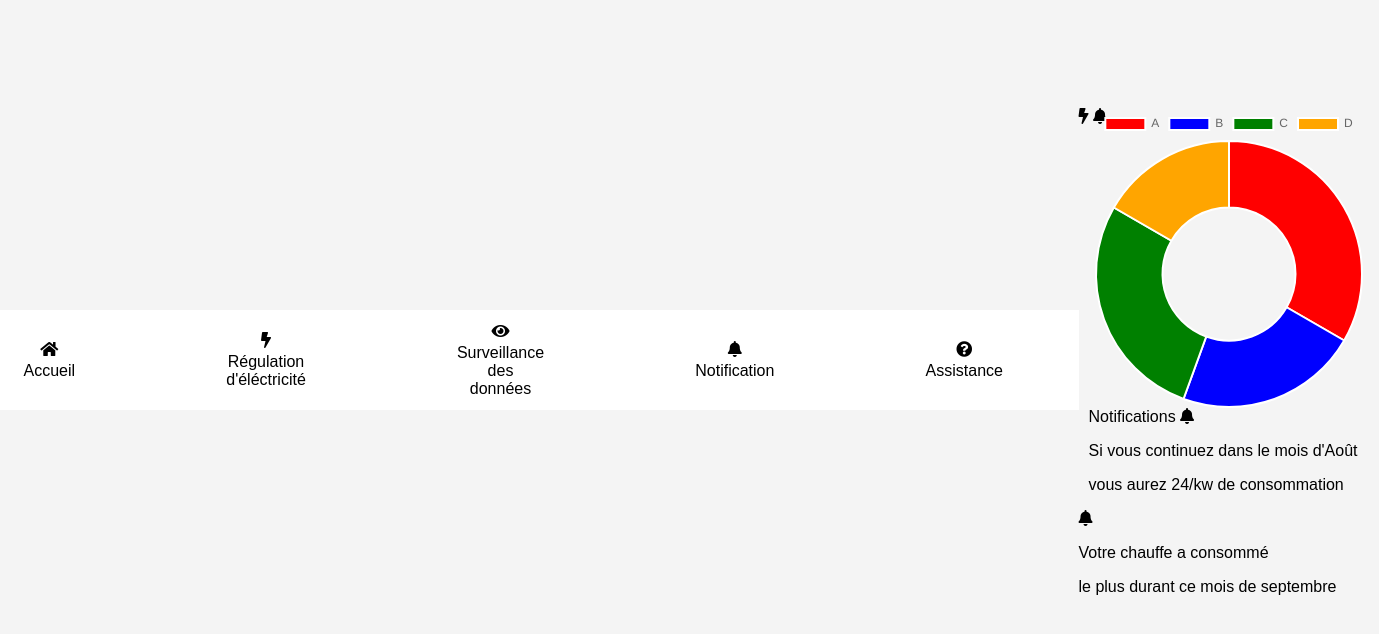
Repository: hamdia200/OSC-Ecowiz
Page: http://localhost/accueil
These files come from the project's save history. The page is drawn as it stood at one moment and after the next save; the edit follows.
The browser window is 1280 px wide. The page is 1379 px wide, so the pictures cover 1379 px, including what lies to the right of the window. The pictures show the whole page.
The page is served by the project's Laravel application, run on PHP 8.4 with Laravel 10. Other server files are loaded and not shown.

Above is the page before, as saved 2023-08-18 13:48:13.

### routes/web.php
<?php

use Illuminate\Support\Facades\Route;

/*
|--------------------------------------------------------------------------
| Web Routes
|--------------------------------------------------------------------------
|
| Here is where you can register web routes for your application. These
| routes are loaded by the RouteServiceProvider and all of them will
| be assigned to the "web" middleware group. Make something great!
|
*/

Route::get('/', function () {
    return view('welcome');
});

Route::get('/centrale', function () {
    return view('centrale');
});
Route::get('/accueil', function () {
    return view('accueil');
});
Route::get('/inscription', function () {
    return view('inscription');
});
Route::get('/login', function () {
    return view('login');
});
Route::get('/regulation', function () {
    return view('regulation');
});

### resources/views/accueil.blade.php
@extends ("menu")
@section('content')
<div class="container">
<meta charset="UTF-8">
    <meta name="viewport" content="width=device-width, initial-scale=1.0">
    <link rel="stylesheet" href="https://cdnjs.cloudflare.com/ajax/libs/font-awesome/5.15.3/css/all.min.css">
    <script src="https://cdn.jsdelivr.net/npm/chart.js"></script>
    <title>Accueil</title>
    <style>
        body {
            font-family: Arial, sans-serif;
            margin: 0;
            padding: 0;
            background-color: #f4f4f4;
            display: flex;
            justify-content: center;
            align-items: center;
            min-height: 100vh;
        }

        .circle-container{
            position: relative;
            width: 300px;
            height: 300px;
        }
        .notification-container {
            width: 100%;
            text-align: center;
            margin-top: 20px;
        }
        .chart-container{
            position: absolute;
            width: 100%;
            height: 100%;
        }

        .alert {
            display: inline-block;
            margin: 0 10px;
        }

    </style>
    <body>
                <div class="row">
                    <div class="col-md-6">
                        <div class="row">
                            <div class="col-xl-3">
                                <div class="circle-container">
                                    <div class="chart-container">
                                        <canvas id="myChart"></canvas>
                                    </div>
                                    <i class="fas fa-bolt icon-left"></i>
                                    <i class="fas fa-bell icon-right"></i>
                                </div>

                            </div>

                        </div>

                    </div>

                    <div class="row">
                        <div class="col-xl-3">
                            <div class="notifications-container">
                                <div class="alert">Notifications
                                    <i class="fas fa-bell"></i>
                                    <p> Si vous continuez dans le mois d'Août </p> <p> vous aurez 24/kw de consommation </p>
                                </div>

                                <div class="notifications2">
                                    <i class="fas fa-bell"></i>
                                        <p> Votre chauffe a consommé </p> <p> le plus durant ce mois de septembre </p>
                                <div>

                            </div>
                        </div>
                    </div>
                </div>


                    <script>
                        var ctx = document.getElementById('myChart').getContext('2d');
                        var data = {
                            labels: ['A', 'B', 'C', 'D'],
                            datasets: [{
                                data: [30, 20, 25, 15],
                                backgroundColor: ['red', 'blue', 'green', 'orange'],
                            }],
                        };
                        var options = {
                            responsive: true,
                            maintainAspectRatio: false,
                        };
                        var myChart = new Chart(ctx, {
                            type: 'doughnut',
                            data: data,
                            options: options,
                        });
                    </script>
        </div>
    </body>

    </html>
</div>
@endsection

### resources/views/menu.blade.php
<!DOCTYPE html>
<html>
    <head>
        <meta charset="UTF-8">
        <meta name="viewport" content="width=device-width, initial-scale=1.0">
        <link rel="stylesheet" href="{{asset('bootstrap-5/css/bootstrap.min.css')}}">
        <link rel="stylesheet" href="{{asset('icofont/icofont.min.css')}}">
        <link rel="stylesheet" href="https://cdnjs.cloudflare.com/ajax/libs/font-awesome/5.15.3/css/all.min.css">

        <title>menu</title>
        <style>
        .menu-horizontal {
            list-style-type: none;
            display: flex;
            align-items: center; /* Aligne les éléments au centre horizontalement */
            padding: 0;
            margin: 0;
            border-left: 2px solid gray;
            border-top: none;
            background-color: white;
            height:100px;
        }

        .menu-horizontal li{
            margin: 0 2cm;
            padding: 0;
        }

        .menu-item {
            display: flex;
            flex-direction: column;
            align-items: center;
            justify-content: center;
            border-left: 2p;
        }

        .menu-icon {
            width: 50px;
            height: 50px;
        }

        .menu-text {
            font-size: 16px;
            margin-top: 5px;
            text-align: center;
        }
        .logo {
            padding-left: 20px;
            height: 35px;
        }
        </style>
    </head>

    <body>
        <header>
                <ul class="menu-horizontal fixed-top">
                    <div class="header">
                        <img src="{{asset('/image/ecow.png')}}" alt="" class="logo">
                    </div>
                    <li>
                        <span class="menu-item">
                            <!-- <img src="{{asset('image/elect.png') }}" alt="Icone 1" class="menu-icon"> -->
                            <i class="fas fa-home"></i><span class="menu-text">Accueil</span>
                        </span>
                    </li>
                    <li>
                        <span class="menu-item">
                            <!-- <img src="{{asset('image/donnee.png') }}" alt="Icone 1" class="menu-icon"> -->
                            <i class="fas fa-bolt"></i><span class="menu-text">Régulation d'éléctricité </span>
                        </span>
                    </li>

                    <li>
                        <span class="menu-item">
                            <!-- <img src="{{asset('image/donnee.png') }}" alt="Icone 1" class="menu-icon"> -->
                            <i class="fas fa-eye"></i><span class="menu-text">Surveillance des données </span>
                        </span>
                    </li>
                    <li>
                        <span class="menu-item">
                            <!-- <img src="{{asset('image/sup.png') }}" alt="Icone 1" class="menu-icon"> -->
                            <i class="fas fa-bell"></i><span class="menu-text">Notification</span>
                        </span>
                    </li>
                    <li>
                        <span class="menu-item">
                            <!-- <img src="{{asset('image/assist.png') }}" alt="Icone 1" class="menu-icon"> -->
                            <i class="fas fa-question-circle"></i><span class="menu-text">Assistance</span>
                        </span>
                    </li>
                </ul>

        </header>
        <div class="container">
                @yield('content')
        </div>

    </body>


</html>

After the next save:
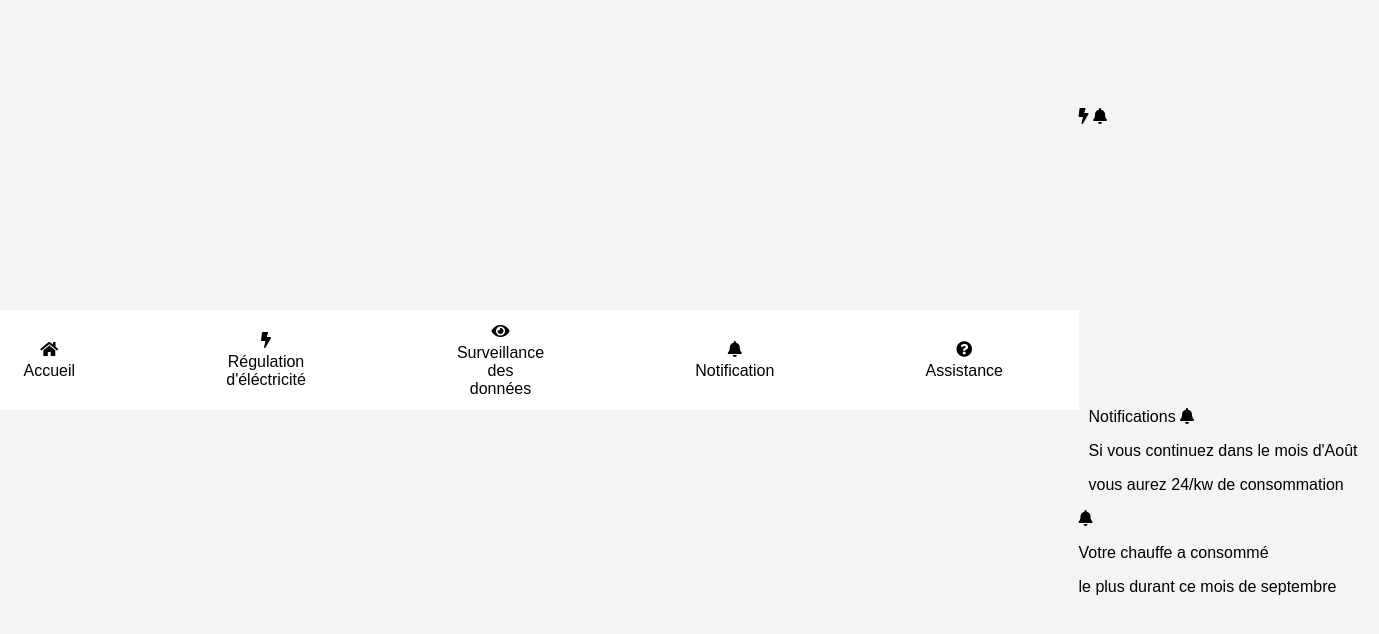
Console error: TypeError: Cannot read properties of null (reading 'getContext')
Saved 22 s later.
--- a/resources/views/accueil.blade.php
+++ b/resources/views/accueil.blade.php
@@ -78,25 +78,41 @@
                 </div>
 
 
-                    <script>
-                        var ctx = document.getElementById('myChart').getContext('2d');
-                        var data = {
-                            labels: ['A', 'B', 'C', 'D'],
-                            datasets: [{
-                                data: [30, 20, 25, 15],
-                                backgroundColor: ['red', 'blue', 'green', 'orange'],
-                            }],
-                        };
-                        var options = {
-                            responsive: true,
-                            maintainAspectRatio: false,
-                        };
-                        var myChart = new Chart(ctx, {
-                            type: 'doughnut',
-                            data: data,
-                            options: options,
-                        });
-                    </script>
+                <script>
+                    var ctx = document.getElementById('myCustomChart').getContext('2d');
+                    var data = {
+                        labels: ['<i class="fas fa-laptop"></i>', '<i class="fas fa-tv"></i>', '<i class="fas fa-laptop"></i>', '<i class="fas fa-snowflake"></i>'],
+                        datasets: [{
+                            data: [30, 20, 25, 15],
+                            backgroundColor: [
+                                'red',
+                                'blue',
+                                'green',
+                                'orange'
+                            ],
+                                // hoverBackgroundColor: [
+                                // 'url(chemin_vers_image_appareil_1)',
+                                // 'url(chemin_vers_image_appareil_2)',
+                                // 'url(chemin_vers_image_appareil_3)',
+                                // 'url(chemin_vers_image_appareil_4)'
+                                // ],
+                                borderWidth: 0,
+                                hoverBorderWidth: 0
+                        }],
+                    };
+
+                    var options = {
+                        responsive: true,
+                        maintainAspectRatio: false,
+
+                    };
+
+                    var myChart = new Chart(ctx, {
+                        type: 'doughnut',
+                        data: data,
+                        options: options,
+                    });
+                </script>
         </div>
     </body>
 
